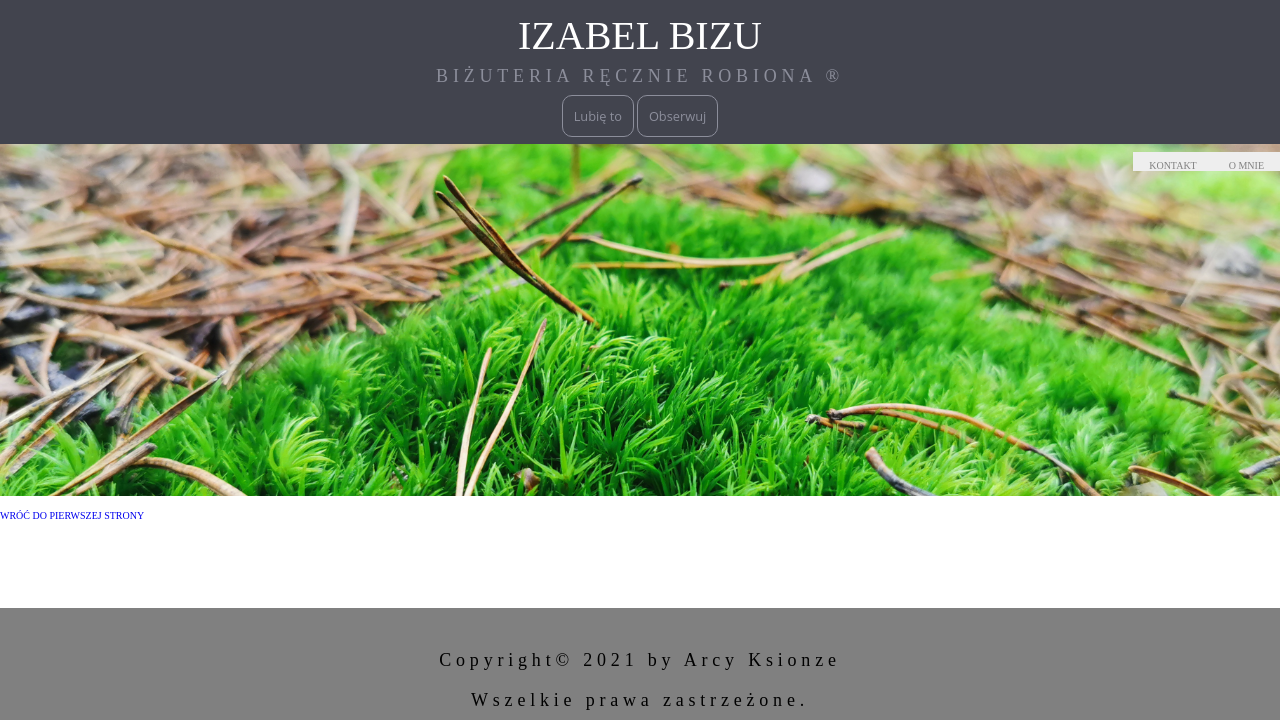
Repository: arcyksionze/strona_izy
Page: index2.html
An editor plug-in stored every save of this project. The page is shown before and after a run of saves, followed by the edit.
The browser window is 1280 px wide. The pictures show the whole page.
Some web fonts or font styles are not loaded; a fallback is used.

Above is the page before, as saved 2021-04-11 23:25:02.

After the next 5 saves:
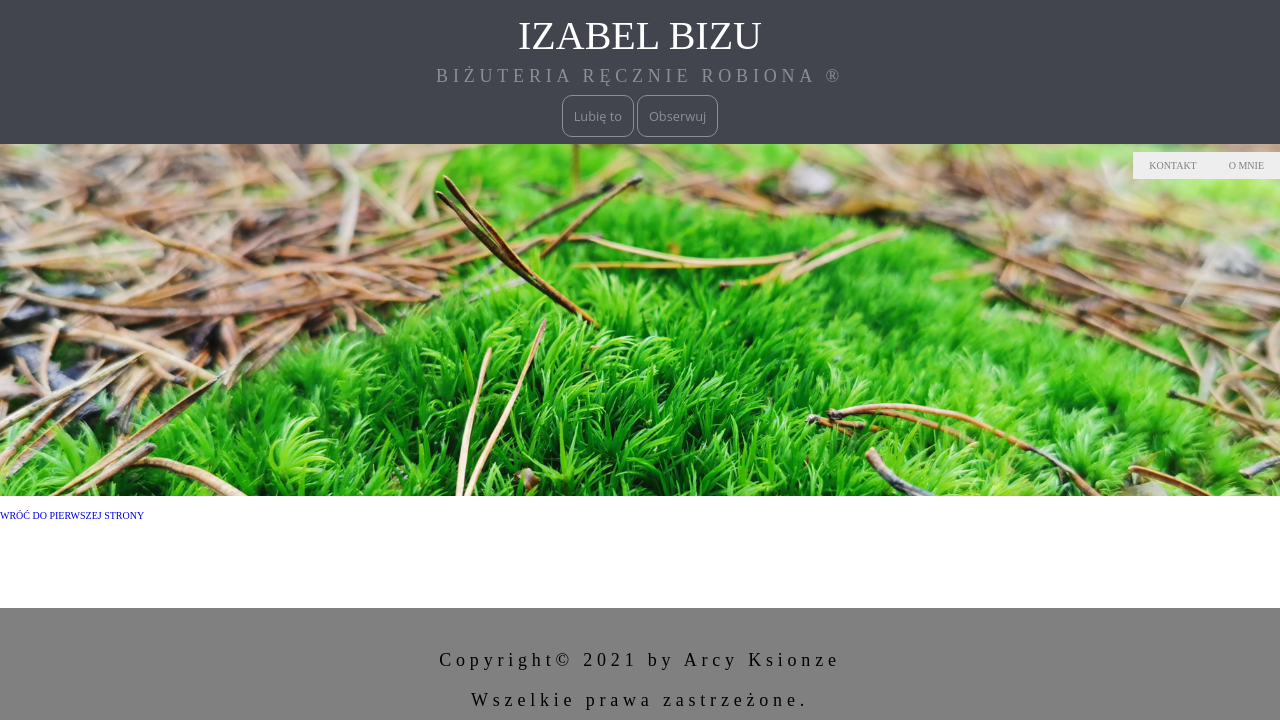
The 5 saves are shown as one change because they came seconds apart.
The last was saved 16 s later.
--- a/main2.css
+++ b/main2.css
@@ -107,6 +107,7 @@
 	padding-left: 1rem;
 	padding-right: 1rem;
 	padding-top: 0.5rem;
+	padding-bottom: 0.5rem;;
 }
 
 .omnie:hover {
